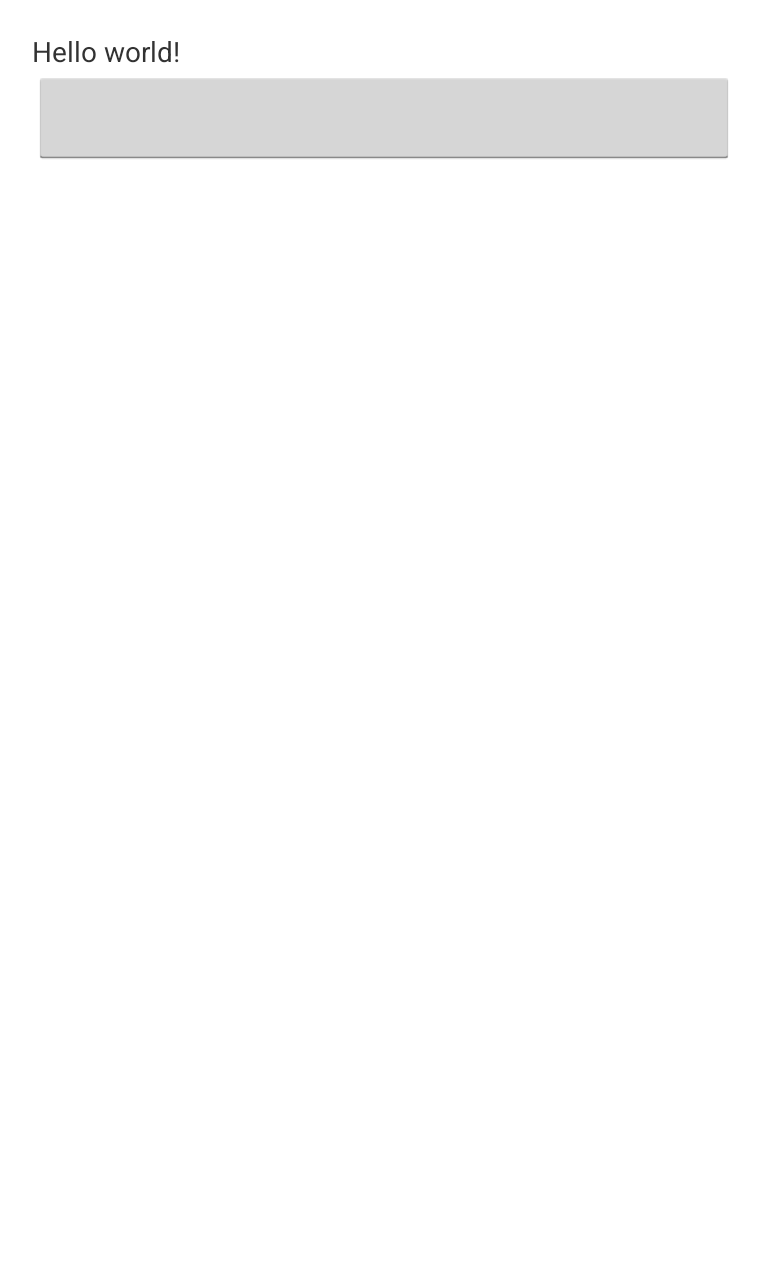
Repository: xfhy/Usually-learn-Android
Layout: Service 服务/2.电话监听器/res/layout/activity_main.xml
The author's editor kept a copy of each file at every save. The layout is drawn from the files as they stood at one save, then again after the next save.
It is drawn on a 768 x 1280 px phone screen (xhdpi) without system bars, with theme AppTheme; the app's code is not run.

Above is the layout before, as saved 2017-01-29 09:26:34.

### Service 服务/2.电话监听器/res/layout/activity_main.xml
<LinearLayout xmlns:android="http://schemas.android.com/apk/res/android"
    xmlns:tools="http://schemas.android.com/tools"
    android:layout_width="match_parent"
    android:layout_height="match_parent"
    android:paddingBottom="@dimen/activity_vertical_margin"
    android:paddingLeft="@dimen/activity_horizontal_margin"
    android:paddingRight="@dimen/activity_horizontal_margin"
    android:paddingTop="@dimen/activity_vertical_margin"
    android:orientation="vertical"
    tools:context="com.itheima.phoneservice.MainActivity$PlaceholderFragment" >

    <TextView
        android:layout_width="wrap_content"
        android:layout_height="wrap_content"
        android:text="@string/hello_world" />

    <Button
        android:id="@+id/bt_start"
        android:layout_width="fill_parent"
        android:layout_height="wrap_content"/>

</LinearLayout>

### Service 服务/2.电话监听器/res/values/strings.xml
<?xml version="1.0" encoding="utf-8"?>
<resources>

    <string name="app_name">2.电话监听器</string>
    <string name="hello_world">Hello world!</string>
    <string name="action_settings">Settings</string>

</resources>

Loaded but not shown: Service 服务/2.电话监听器/res/values/styles.xml (common file); Service 服务/2.电话监听器/res/values-v11/styles.xml (common file); Service 服务/2.电话监听器/res/values-v14/styles.xml (common file); Service 服务/2.电话监听器/res/values/dimens.xml (common file); Service 服务/2.电话监听器/res/values-w820dp/dimens.xml (common file)

After the next save:
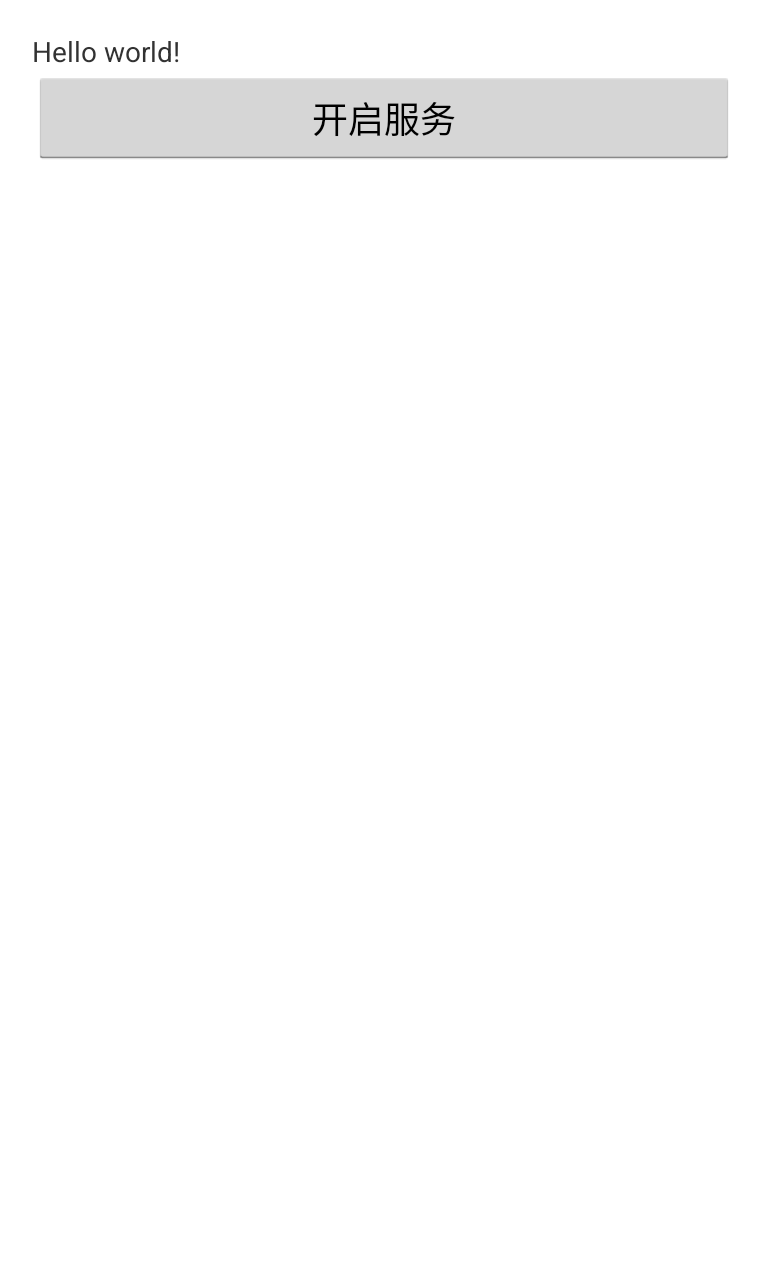
Saved 7 s later.
--- a/Service 服务/2.电话监听器/res/layout/activity_main.xml
+++ b/Service 服务/2.电话监听器/res/layout/activity_main.xml
@@ -17,6 +17,7 @@
     <Button
         android:id="@+id/bt_start"
         android:layout_width="fill_parent"
-        android:layout_height="wrap_content"/>
+        android:layout_height="wrap_content"
+        android:text="开启服务"/>
 
 </LinearLayout>
